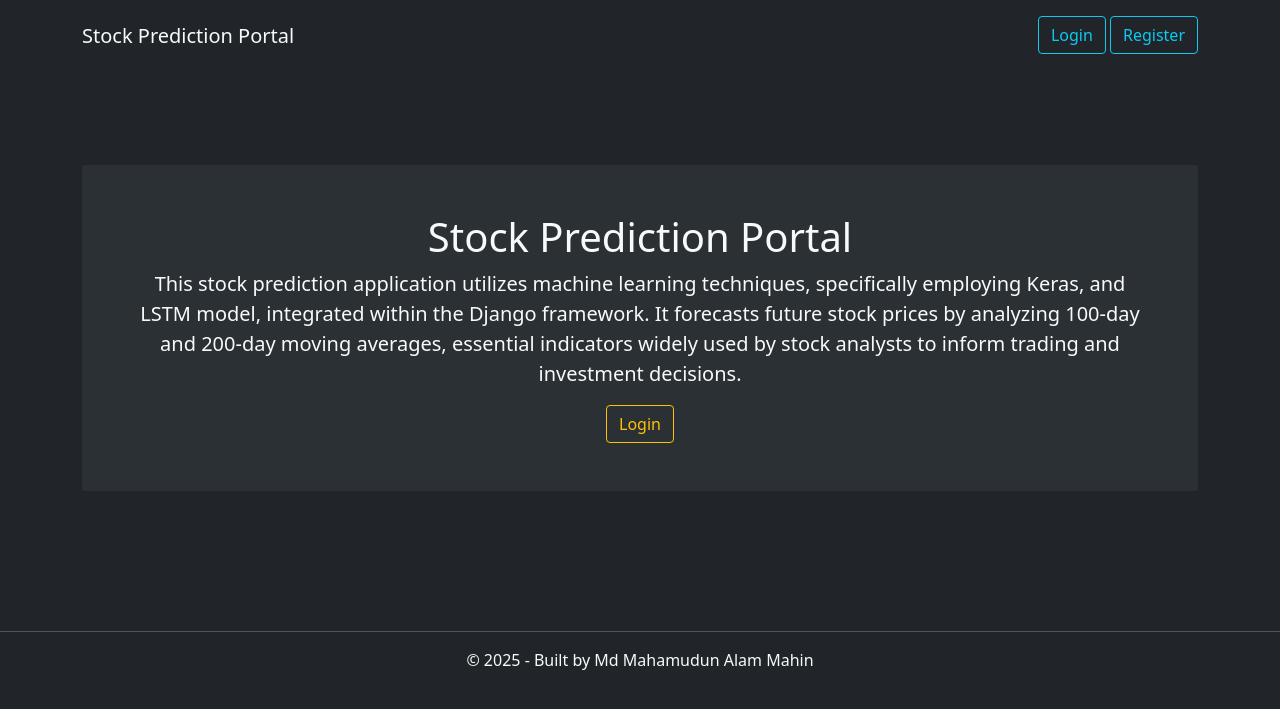
Repository: killerTiger10/stock-prediction-portal
Page: / (app in frontend-react/)
An editor plug-in stored every save of this project. The page is shown before and after the next save, followed by the edit.
The browser window is 1280 px wide. The pictures show the whole page.
The project was rebuilt for these pictures with package versions that can differ from the ones it lists, and the page was loaded fresh each time. Also part of the build but not shown: frontend-react/vite.config.js.

Above is the page before, as saved 2025-06-14 00:26:49.

### frontend-react/index.html
<!DOCTYPE html>
<html lang="en">
  <head>
    <meta charset="UTF-8" />
    <link rel="icon" type="image/svg+xml" href="/vite.svg" />
    <meta name="viewport" content="width=device-width, initial-scale=1.0" />
    <title>Stock Prediction Portal</title>
    <link
      href="https://cdn.jsdelivr.net/npm/bootstrap@5.0.2/dist/css/bootstrap.min.css"
      rel="stylesheet"
    />
  </head>
  <body>
    <div id="root"></div>
    <script type="module" src="/src/main.jsx"></script>
    <script src="https://cdn.jsdelivr.net/npm/bootstrap@5.0.2/dist/js/bootstrap.bundle.min.js"></script>
  </body>
</html>

### frontend-react/src/App.jsx
import { useState } from "react";
import "./assets/css/style.css";
import Footer from "./components/Footer";
import Header from "./components/Header";
import Main from "./components/Main";
function App() {
  const [count, setCount] = useState(0);

  return (
    <>
      <Header />
      <Main />
      <Footer />
    </>
  );
}

export default App;

### frontend-react/src/assets/css/style.css
body {
  background-color: #212529;
}

.bg-light-dark {
  background-color: #2b3035;
}

#root {
  display: flex;
  flex-direction: column;
  min-height: 100vh;
}

.container {
  flex: 1;
}

### frontend-react/src/components/Footer.jsx
import React from "react";

const Footer = () => {
  return (
    <>
      <footer className="footer py-3 my-3">
        <hr className="border-bottom" />
        <p className="text-light text-center">
          &copy; 2025 - Built by Md Mahamudun Alam Mahin
        </p>
      </footer>
    </>
  );
};

export default Footer;

### frontend-react/src/components/Header.jsx
import React from "react";
import Button from "./Button";

const Header = () => {
  return (
    <>
      <nav className="navbar container pt-3 pb-3 align-items-start">
        <a href="" className="navbar-brand text-light">
          Stock Prediction Portal
        </a>
        <div>
          <Button text="Login" />
          &nbsp;
          <Button text="Register" class="btn-info" />
        </div>
      </nav>
    </>
  );
};

export default Header;

### frontend-react/src/components/Main.jsx
import React from "react";

const Main = () => {
  return (
    <>
      <div className="container">
        <div className="p-5 text-center bg-light-dark rounded">
          <h1 className="text-light">Stock Prediction Portal</h1>
          <p className="lead text-light">
            This stock prediction application utilizes machine learning
            techniques, specifically employing Keras, and LSTM model, integrated
            within the Django framework. It forecasts future stock prices by
            analyzing 100-day and 200-day moving averages, essential indicators
            widely used by stock analysts to inform trading and investment
            decisions.
          </p>
          <a href="" className="btn btn-outline-warning">
            Login
          </a>
        </div>
      </div>
    </>
  );
};

export default Main;

### frontend-react/src/components/Button.jsx
import React from "react";

const Button = (props) => {
  return (
    <>
      <a href="" className="btn btn-outline-info">
        {props.text}
      </a>
    </>
  );
};

export default Button;

Loaded but not shown: frontend-react/src/main.jsx (common file)

After the next save:
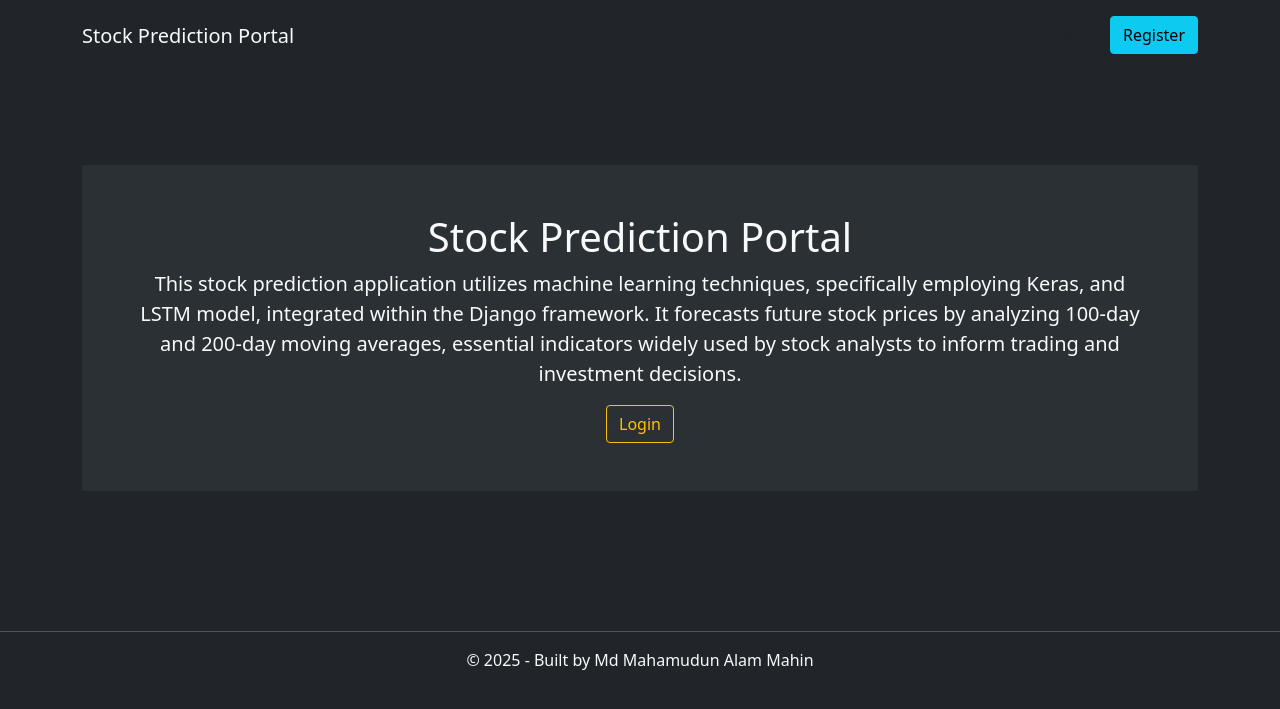
Saved 58 s later.
--- a/frontend-react/src/components/Button.jsx
+++ b/frontend-react/src/components/Button.jsx
@@ -3,7 +3,7 @@ import React from "react";
 const Button = (props) => {
   return (
     <>
-      <a href="" className="btn btn-outline-info">
+      <a href="" className={`btn ${props.class}`}>
         {props.text}
       </a>
     </>
